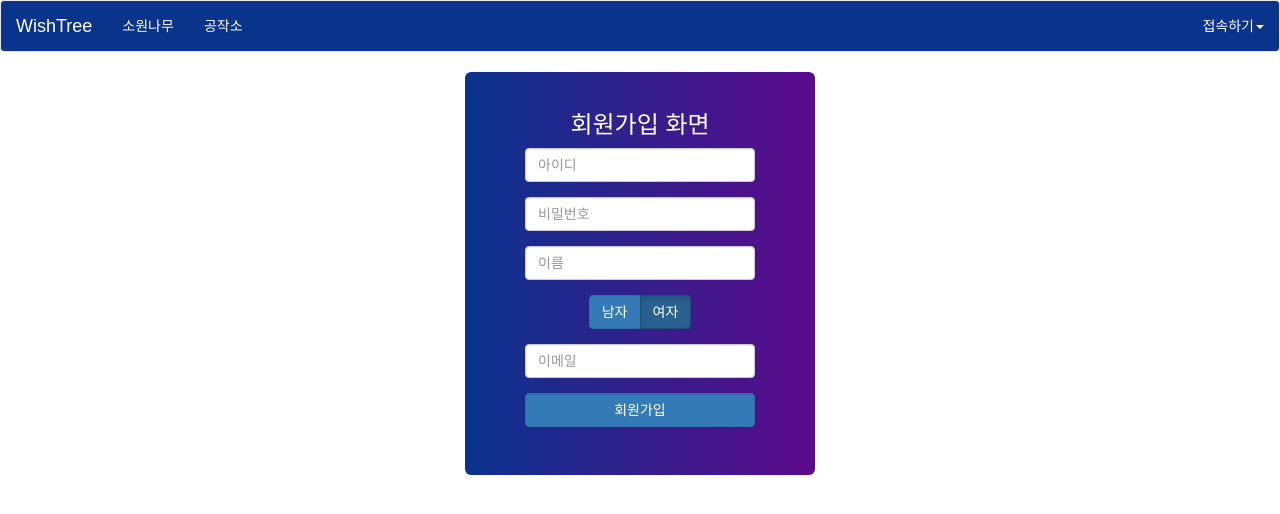
Repository: jongah/WishTree
Page: http://localhost/text/join.jsp
The author's editor kept a copy of each file at every save. The page is drawn from the files as they stood at one save, then again after the next save.
The browser window is 1280 px wide. The pictures show the whole page.
Some web fonts or font styles are not loaded; a fallback is used. Some web libraries are served in a nearby version. The page is served by Tomcat 9. Other server files are loaded and not shown.

Above is the page before, as saved 2021-05-05 15:06:38.

### text/WebContent/join.jsp
<%@ page language="java" contentType="text/html; charset=UTF-8"
	pageEncoding="UTF-8"%>
<!DOCTYPE html>
<html>
<head>
<meta charset="UTF-8">
<meta  name = "viewport" content = "width=device-width" initial-scale = "1"/>
<link rel = "stylesheet" href = "css/bootstrap.css">
<link rel="stylesheet" href = "css/custom.css">
<title>소원나무</title>
</head>
<body>
	<nav class="navbar navbar-default">
		<div class="navbar-header">
			<button type="button" class="navbar-toggle collapsed"
				data-toggle="collapse" data-target="#bs-exanple-navbar-collapse-1"
				aria-expanded="false">
				<span class="icon-bar"></span> <span class="icon-bar"></span> <span
					class="icon-bar"></span>
			</button>
			<a href="main.jsp" class="navbar-brand">WishTree</a>
		</div>
		<div class="collapse navbar-collapse"
			id="bs-exanple-navbar-collapse-1">
			<ul class="nav navbar-nav">
				<li><a href="main.jsp">소원나무</a></li>
				<li><a href="bbs.jsp">공작소</a></li>
			</ul>
			<ul class="nav navbar-nav navbar-right">
				<li class="dropdown"><a href=".jsp" class="dropdown-toggle"
					data-toggle="dropdown" role="button" aria-haspopup="true"
					aria-expanded="false">접속하기<div class="caret"></div>
				</a></li>
				<ul class="dropdown-menu">
					<li class="active"><a href="login.jsp">로그인</a></li>
					<li><a href="join.jsp">회원가입</a></li>
				</ul>
			</ul>
		</div>
	</nav>
	<div class="container">
		<div class="col-lg-4"></div>
		<div class="col-lg-4">
			<div class = "jumbotron" style = "padding-top : 20px">
				<form action = "joinAction.jsp" method = "post">
					<h3 style = "text-align: center;">회원가입 화면</h3>
					<div class = "form-group">
						<input type = "text" class = "form-control" placeholder = "아이디" name = "userID" maxlength = "20"/>
					</div>
					<div class = "form-group">
						<input type = "password" class = "form-control" placeholder = "비밀번호" name = "userPassword" maxlength = "20"/>
					</div>
					<div class = "form-group">
						<input type = "text" class = "form-control" placeholder = "이름" name = "userName" maxlength = "20"/>
					</div>
					<div class = "form-group" style = "text-align: center;">
						<div class = "btn-group" data-toggle = "buttons">
							<label class = "btn btn-primary">
								<input type = "radio" name = "userGender" autocomplete = "off" value = "남자">남자
							</label>
							<label class = "btn btn-primary active">
								<input type = "radio" name = "userGender" autocomplete = "off" value = "여자" checked>여자
							</label>
						</div>
					</div>
					<div class = "form-group">
						<input type = "email" class = "form-control" placeholder = "이메일" name = "userEmail" maxlength = "30"/>
					</div>
					<input type = "submit" class = "btn btn-primary form-control" value = "회원가입"/>
				</form>
			</div>
		</div>
	</div>
	<script src = "https://code.jquery.com/jquery-3.1.1.min.js"></script>
	<script src = "js/bootstrap.js"></script>
</body>
</html>

### text/WebContent/css/custom.css
@import url('https://fonts.googleapis.com/css2?family=Nanum+Gothic&display=swap');
@import url(//fonts.googleapis.com/earlyaccess/hanna.css);

*{
	font-family : 'Nanum Gothic', sans-serif;
}
h1{
	font-family : 'Hanna', sans-serif;
}
.jumbotron{
	color:white;
	background: linear-gradient(90deg, #0a338c, #5c0a8c);
}
.navbar-default{
	background-color:#0a338c;
}
.navbar .nav > li > a {
	color:white;
}
.navbar .navbar-right{
	color:white;
}
.navbar .navbar-header .navbar-brand{
	color:white;
}

Loaded but not shown: text/WebContent/css/bootstrap.css (library); text/WebContent/js/bootstrap.js (library)

After the next save:
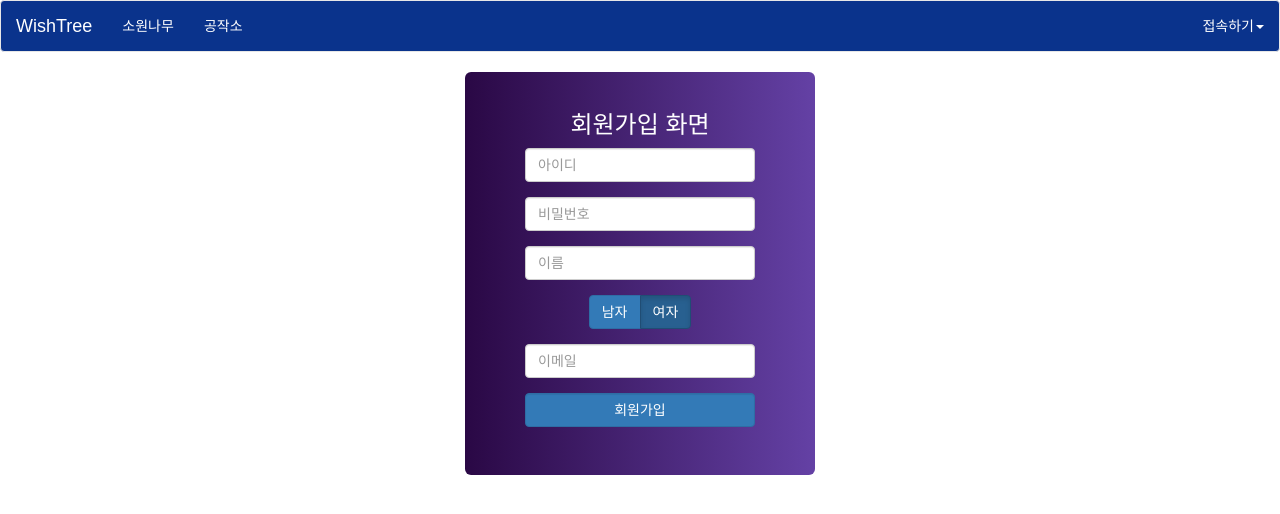
Saved 2 min 33 s later.
--- a/text/WebContent/css/custom.css
+++ b/text/WebContent/css/custom.css
@@ -9,7 +9,10 @@
 }
 .jumbotron{
 	color:white;
-	background: linear-gradient(90deg, #0a338c, #5c0a8c);
+	background: #6441A5;  /* fallback for old browsers */
+background: -webkit-linear-gradient(to right, #2a0845, #6441A5);  /* Chrome 10-25, Safari 5.1-6 */
+background: linear-gradient(to right, #2a0845, #6441A5); /* W3C, IE 10+/ Edge, Firefox 16+, Chrome 26+, Opera 12+, Safari 7+ */
+
 }
 .navbar-default{
 	background-color:#0a338c;

After the save that followed:
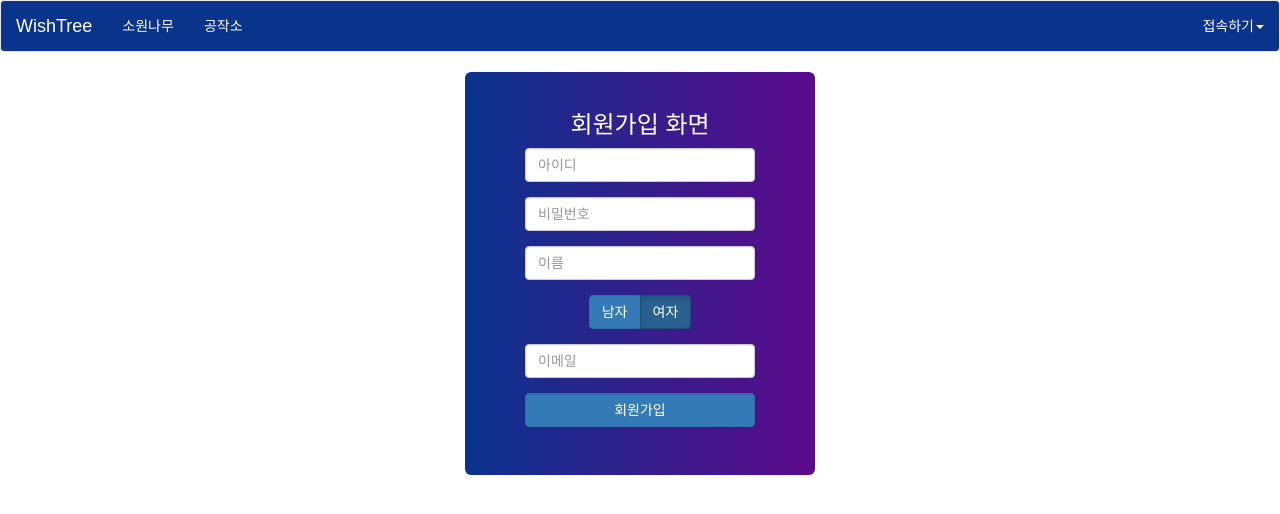
Saved 11 s later.
--- a/text/WebContent/css/custom.css
+++ b/text/WebContent/css/custom.css
@@ -9,10 +9,7 @@
 }
 .jumbotron{
 	color:white;
-	background: #6441A5;  /* fallback for old browsers */
-background: -webkit-linear-gradient(to right, #2a0845, #6441A5);  /* Chrome 10-25, Safari 5.1-6 */
-background: linear-gradient(to right, #2a0845, #6441A5); /* W3C, IE 10+/ Edge, Firefox 16+, Chrome 26+, Opera 12+, Safari 7+ */
-
+	background: linear-gradient(90deg, #0a338c, #5c0a8c);
 }
 .navbar-default{
 	background-color:#0a338c;
